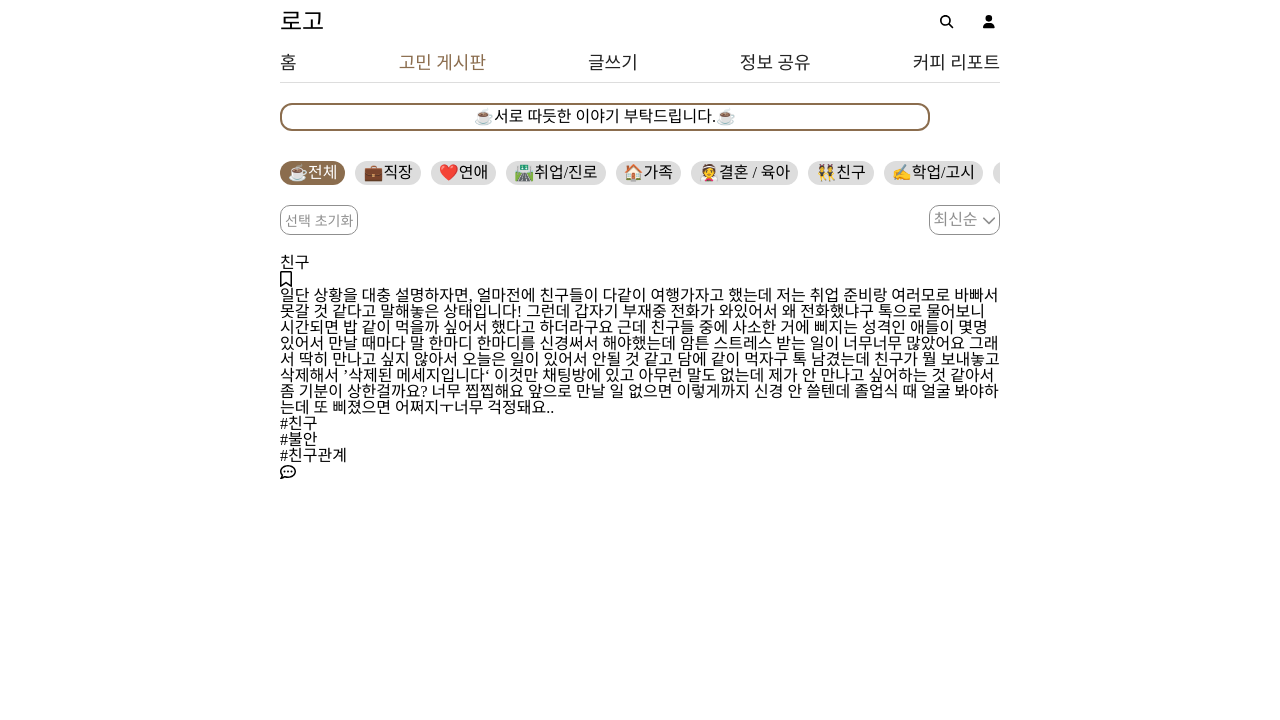
Repository: zlazlazla35/coffee
Page: /list
These files come from the project's save history. The page is drawn as it stood at one moment and after the next save; the edit follows.
The browser window is 1280 px wide. The pictures show the whole page.
Some web fonts or font styles are not loaded; a fallback is used. The project was rebuilt for these pictures with package versions that can differ from the ones it lists, and the page was loaded fresh each time. The framework's server and built-in components were replaced by stand-ins that run in the browser. Also part of the build but not shown: next.config.mjs.

Above is the page before, as saved 2024-12-26 21:08:13.

After the next save:
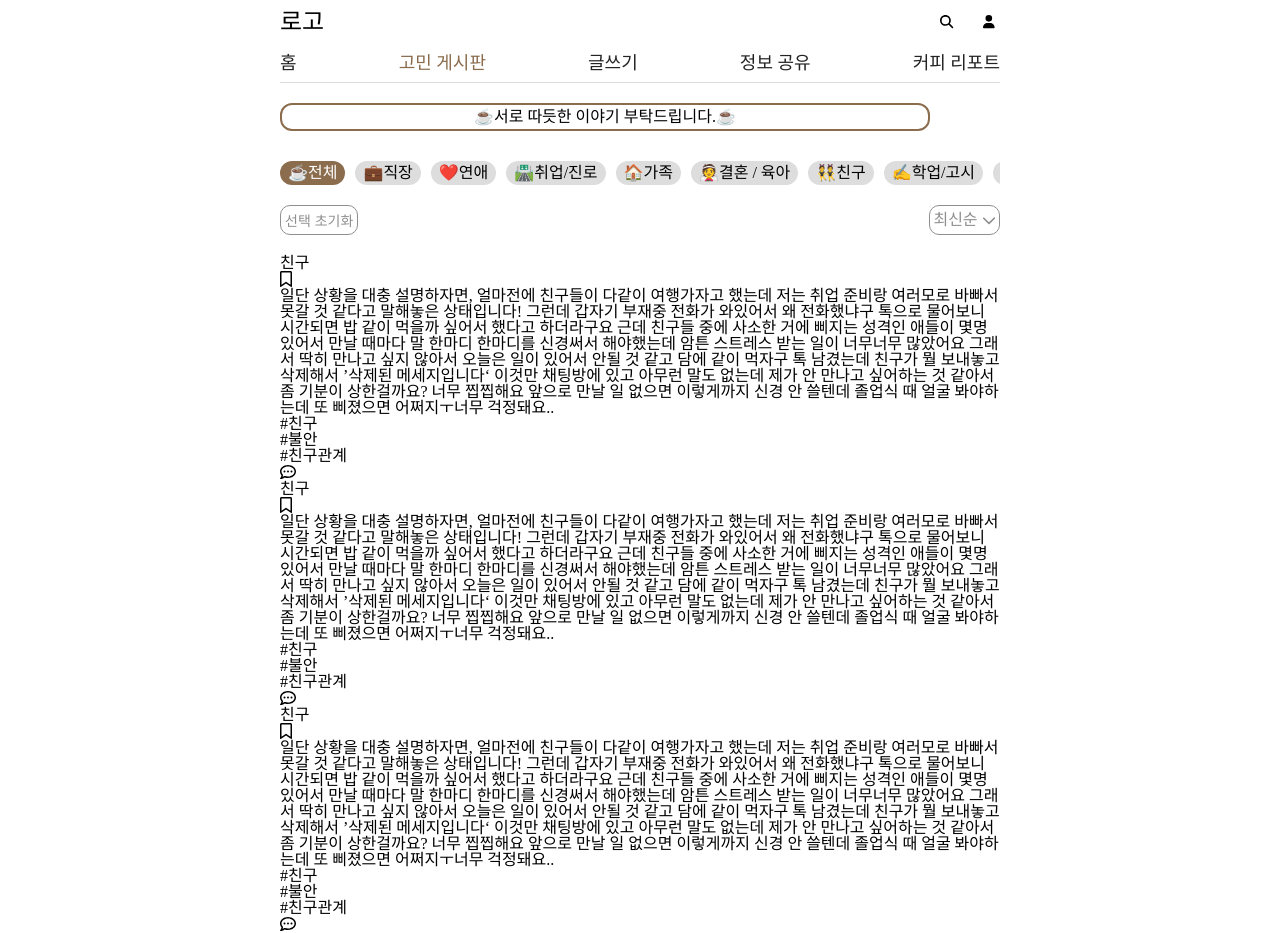
Saved 75 s later.
--- a/src/app/list/page.js
+++ b/src/app/list/page.js
@@ -120,6 +120,62 @@ export default function List() {
                     </div>
                 </div>
             </div>
+            <div className="list_card">
+                <div className="list_card_top">
+                    <span className="title">친구</span>
+                    <div>
+                        <FontAwesomeIcon icon={faBookmark} />
+                    </div>
+                </div>
+                <div className="userText">
+                    일단 상황을 대충 설명하자면, 얼마전에 친구들이 다같이 여행가자고 했는데 저는 취업 준비랑 여러모로 바빠서 못갈 것 같다고 말해놓은 상태입니다!
+                    그런데 갑자기 부재중 전화가 와있어서 왜 전화했냐구 톡으로 물어보니 시간되면 밥 같이 먹을까 싶어서 했다고 하더라구요
+                    근데 친구들 중에 사소한 거에 삐지는 성격인 애들이 몇명있어서 만날 때마다 말 한마디 한마디를 신경써서 해야했는데 암튼 스트레스 받는 일이 너무너무 많았어요
+                    그래서 딱히 만나고 싶지 않아서 오늘은 일이 있어서 안될 것 같고 담에 같이 먹자구 톡 남겼는데
+                    친구가 뭘 보내놓고 삭제해서 ’삭제된 메세지입니다‘ 이것만 채팅방에 있고 아무런 말도 없는데
+                    제가 안 만나고 싶어하는 것 같아서 좀 기분이 상한걸까요?
+                    너무 찝찝해요 앞으로 만날 일 없으면 이렇게까지 신경 안 쓸텐데
+                    졸업식 때 얼굴 봐야하는데 또 삐졌으면 어쩌지ㅜ너무 걱정돼요..
+                </div>
+                <div className="list_card_bottom">
+                    <ul className="tag">
+                        <li>#친구</li>
+                        <li>#불안</li>
+                        <li>#친구관계</li>
+                    </ul>
+                    <div className="comment">
+                        <FontAwesomeIcon icon={faCommentDots} />
+                    </div>
+                </div>
+            </div>
+            <div className="list_card">
+                <div className="list_card_top">
+                    <span className="title">친구</span>
+                    <div>
+                        <FontAwesomeIcon icon={faBookmark} />
+                    </div>
+                </div>
+                <div className="userText">
+                    일단 상황을 대충 설명하자면, 얼마전에 친구들이 다같이 여행가자고 했는데 저는 취업 준비랑 여러모로 바빠서 못갈 것 같다고 말해놓은 상태입니다!
+                    그런데 갑자기 부재중 전화가 와있어서 왜 전화했냐구 톡으로 물어보니 시간되면 밥 같이 먹을까 싶어서 했다고 하더라구요
+                    근데 친구들 중에 사소한 거에 삐지는 성격인 애들이 몇명있어서 만날 때마다 말 한마디 한마디를 신경써서 해야했는데 암튼 스트레스 받는 일이 너무너무 많았어요
+                    그래서 딱히 만나고 싶지 않아서 오늘은 일이 있어서 안될 것 같고 담에 같이 먹자구 톡 남겼는데
+                    친구가 뭘 보내놓고 삭제해서 ’삭제된 메세지입니다‘ 이것만 채팅방에 있고 아무런 말도 없는데
+                    제가 안 만나고 싶어하는 것 같아서 좀 기분이 상한걸까요?
+                    너무 찝찝해요 앞으로 만날 일 없으면 이렇게까지 신경 안 쓸텐데
+                    졸업식 때 얼굴 봐야하는데 또 삐졌으면 어쩌지ㅜ너무 걱정돼요..
+                </div>
+                <div className="list_card_bottom">
+                    <ul className="tag">
+                        <li>#친구</li>
+                        <li>#불안</li>
+                        <li>#친구관계</li>
+                    </ul>
+                    <div className="comment">
+                        <FontAwesomeIcon icon={faCommentDots} />
+                    </div>
+                </div>
+            </div>
         </div>
     )
 }
